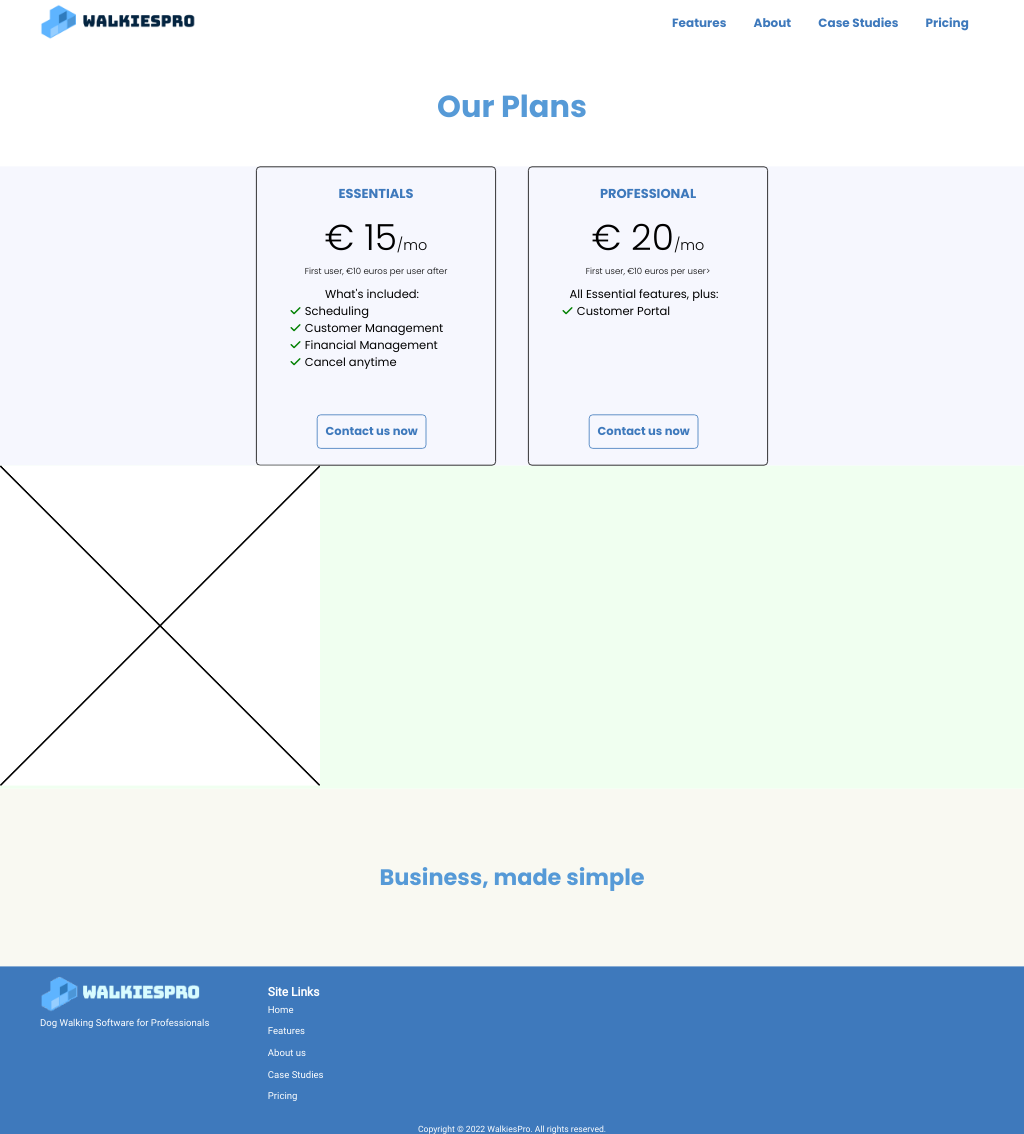
Repository: StevieC87/LAYOUT4
Page: pricing.html
These files come from the project's save history. The page is drawn as it stood at one moment and after the next save; the edit follows.
The browser window is 1280 px wide. The pictures show the whole page, at 80% of full size.

Above is the page before, as saved 2022-01-05 21:02:12.

### pricing.html
<!DOCTYPE html>
<html lang="en">
  <head>
    <meta charset="UTF-8" />
    <meta http-equiv="X-UA-Compatible" content="IE=edge" />
    <meta name="viewport" content="width=device-width, initial-scale=1.0" />
    <title>WalkiesPro Dog Walking Software</title>
    <link rel="stylesheet" href="css/styles.css" />
    <link rel="stylesheet" href="css/aboutus.css" />
    <link rel="stylesheet" href="css/footer.css" />
    <link rel="stylesheet" href="css/navbar.css" />
    <link rel="stylesheet" href="css/fonts.css" />
    <link rel="stylesheet" href="css/utilities.css" />
    <link rel="stylesheet" href="css/mediaqueries.css" />
    <link rel="stylesheet" href="css/pricing.css" />
    <!-- THIS js file - deferred so loads at the end -->
    <script type="text/javascript" src="js/scripts.js" defer></script>
    <link rel="stylesheet" href="https://use.fontawesome.com/releases/v5.15.4/css/all.css" integrity="sha384-DyZ88mC6Up2uqS4h/KRgHuoeGwBcD4Ng9SiP4dIRy0EXTlnuz47vAwmeGwVChigm" crossorigin="anonymous">


    <style></style>
  </head>
  <body>


    <div class="containernew">
      <div class="navwrapper">
        <!------------------ NAVBAR --------------------->
        <nav id="navbar" class="paddingspecial">
          <!--  <div class="paddingspecial"> -->
          <div id="logo" class="logodiv">
            <a href="index.html"><img src="images/logo.png" alt="logo" /></a>
          </div>
          <div id="hamburger-menu" class="hamburger-menu">
            <div class="line line-1"></div>
            <div class="line line-2"></div>
            <div class="line line-3"></div>
          </div>
          <div class="navlist">
            <ul tabindex="-1">
              <li><a class="current" href="features.html">Features</a></li>
              <li><a href="about-us.html">About</a></li>
              <li><a href="case-studies.html">Case Studies</a></li>
              <li><a href="pricing.html">Pricing</a></li>
            </ul>
          </div>
          <!-- </div> -->
        </nav>
      </div>
      <!-----------------HEADER--------------------->
      <section class="headerwrapper">
          <div class="headertitle">
            <h1>Our Plans</h1>
          </div>
      </section>
      <!------------------ PRICING TABLE --------------------->
      <section class="pricingouterwrapper">
          <div class="pricinginnerwrapper">
            <div class="pricingcard">
              <div class="cardtitle">ESSENTIALS</div>
              <div class="price">&#8364; 15<span class="miniprice">/mo</span></div>
              <div class=" centertext poppinslight smallfont ">First user, &#8364;10 euros per user after</div>
              <div class="pricelistdiv poppins">
                <div class="centertext" >What's included:</div>
              <!--   style="display: block" -->
                <ul class="pricelist poppins">
                      <li class="elementY">Scheduling</li>
                      <li class="elementY">Customer Management</li>
                      <li class="elementY">Financial Management</li>
                     <!--  <li class="elementx">Customer Portal</li> -->
                      <li class="elementY">Cancel anytime</li>
                    </ul>

              </div>
              <div class="btnprice">
                <button class="btn btnoutline">Contact us now</button>
              </div>
            </div>

            <!-- SECOND CARD PRO PLAN -->
            <div class="pricingcard" style="border: 1px solid black;">
             <div class="cardtitle">PROFESSIONAL</div>
             <div class="price">&#8364; 20<span class="miniprice">/mo </span>
             </div>
             <div class=" centertext poppinslight smallfont ">First user, &#8364;10 euros per user></div>
             <div class="pricelistdiv poppins">
              <div class="centertext" >All Essential features, plus:</div>
            <!--   style="display: block" -->
              <ul class="pricelist poppins">
                <li class="elementY">Customer Portal</li>
                    <!-- <li class="elementY">Customer Management</li>
                    <li class="elementY">Financial Management</li>
                    <li class="elementx">Customer Portal</li> -->
                   <!--  <li class="elementY">Cancel anytime</li> -->
                  </ul>

            </div>

             <div class="btnprice">
              <button class="btn btnoutline ">Contact us now</button>
            </div>
        </div>

      </section>
      <!-- SECTION IMAGE GALLERY REVIEWS  -->
      <section class="imagegallerywrapper">
        <div class="imagegalleryinnerwrapper">
            <div class="imagegallery">
              <img src="images/3.png" alt="" width="400px">
            </div>

        </div>


      </section>


      <!------------------ CONTACT US SECTION --------------------->
     <section class="contactuswrapper">
       <div class="contactusinnerwrapper">
        <h3 class="centertext">Business, made simple</h3>

       </div>
     </section>
      <!------------------ FOOTER --------------------->
      <footer id="footer">
        <div class="footerwrapper">
          <div class="footergriditem1">
            <img class="bottomlogo" src="images/logoblue.png" alt="logo" />
            <span class="whitetext bottomphrase"
              >Dog Walking Software for Professionals</span
            >
          </div>

          <div class="footergriditem2">
            <div><b class="whitetext footerlinkstitle">Site Links</b></div>
            <ul class="whitetext ulnostyle anostyle" style="font-size: 12px">
              <li><a href="../layout/index.html">Home</a> </li>
              <li><a href="features.html">Features</a> </li>
              <li><a href="about-us.html">About us</a> </li>
              <li><a href="case-studies.html">Case Studies</a></li>
              <li><a href="pricing.html">Pricing</a></li>
            </ul>
          </div>
          <div class="footergriditem3 whitetext smallfont">Copyright © 2022 WalkiesPro. All rights reserved.</div>
        </div>

      </footer>
    </div>
    <!-- end container -->

    <!------------------ SIDE MENU --------------------->
    <div id="menuhidden" class="menuhidden hiddenright">
      <div class="slidemenu">
        <ul tabindex="-1" aria-hidden="true">
          <li><a class="activeSidebarLi" href="index.html">Home</a></li>
          <li><a class="current" href="features.html">Features</a></li>
          <li><a href="about-us.html">About</a></li>
          <li><a href="case-studies.html">Case Studies</a></li>
          <li><a href="pricing.html">Pricing</a></li>
          <!--    <hr /> -->
        </ul>
      </div>
    </div>
  </body>
</html>

### css/styles.css
:root {
  /*  --myblue: #5da3df; */
  --myblue: #3e79bc;
  --myblueh1: #569ad7;
}

html,
body {
  box-sizing: border-box;
  font-size: 18px;
  font-family: Roboto;
  /*  line-height: 1rem; */
  margin: auto;
}
*,
*:before,
*:after {
  box-sizing: inherit;
}

h1,
h2,
h3,
h4,
h5,
h6 {
  font-family: PoppinsBold;
  color: var(--myblueh1);
  /* #5da3df */
  padding: 10px 0 10px 0;
  margin: 0px;
}
h1 {
  font-size: 38px;
  line-height: 2.8rem;
}
h2 {
  font-size: 38px;
}
h3 {
  font-size: 28px;
}
h4 {
  font-size: 26px;
}
h5 {
  font-size: 20px;
}
h6 {
  font-size: 18px;
}

.containernew {
  width: 100%;
}

### css/aboutus.css
/* * * * * * * * * * * * * * * * * * * * * * * * * * * * * * * * * * * * * * * *
ABOUT US
* * * * * * * * * * * * * * * * * * * * * * * * * * * * * * * * * * * * * * * */
.headerwrapper {
  width: 100%;
  display: grid;
  padding: 40px 0 40px 0;
}
.headertitle {
  grid-template-columns: 1fr;
  align-self: center;
  justify-self: center;
}

.headertextunder {
  /* max-width: 80%;  */
  max-width: 800px;
  grid-template-columns: 1fr;
  align-self: center;
  justify-self: center;
  font-size: 1rem;
  padding-top: 30px;
}
.meettheteamwrapper {
  width: 100%;
  display: grid;
  justify-content: center;
  background-color: #f6f7fe;
}
.meettheteamh2 {
  padding-top: 40px;
  text-align: center;
  /*  color: purple; */
  color: var(--myblueh1);
  /* color: #7f55ff; */
  width: 100%;
}
.meettheteamh2 > h2 {
  color: inherit;
}
.meetteamprofiles {
  max-width: 1000px;
  justify-content: center;
  display: grid;
  grid-template-columns: 1fr;
  grid-gap: 40px;
}
.contactuswrapper {
  padding: 80px 0 80px 0;
  background-color: #f9f9f2;
}
.contactusinnerwrapper {
}

.aboutusformgrid {
  max-width: 600px;
  margin: 0 auto;
  padding: 0 20px 0px 20px;
  border: 1px solid blue;
}
.aboutusformgrid2 {
  max-width: 800px;
  margin: 0 auto;
  padding: 0 20px 0px 20px;
  /* border: 1px solid blue; */
  display: grid;
  grid-template-columns: 1fr;
  grid-gap: 20px;
}
.textareadiv2 {
  grid-column: 1/-1;
  grid-row: 2 / 4;
}
/* textarea {
  width: 100%;
  max-width: 300px;
  border-radius: 5px;
  border: 1px solid var(--myblue);
} */
.textareadiv2 > textarea {
  width: 100%;
  /*  max-width: 300px; */
  border-radius: 5px;
  border: 1px solid var(--myblue);
}

.centerbtngrid {
  grid-column: 1/-1;
  justify-self: end;
}
input,
label {
  display: block;
  width: 100%;
  /*   max-width: 300px; */
}
input {
  border-radius: 5px;
  border: 1px solid var(--myblue);
  padding: 10px;
}
/* e.maildiv > input {
  margin-lkef: 40px;
} */
/* .yournamediv > input:nth-child(2) {
  margin-left: 10px;
} */
label {
  padding-bottom: 5px;
  padding-top: 20px;
  color: var(--myblue);
}
@media (min-width: 336px) {
  .meetteamprofiles {
    grid-template-columns: 1fr 1fr;
  }
  .meettheteamprofile1 {
    justify-self: center;
    align-self: center;
  }
  .meettheteamprofile2 {
  }
  .aboutusformgrid2 {
    grid-template-columns: 1fr 1fr;
  }
}

### css/footer.css
/* * * * * * * * * * * * * * * * * * * * * * * * * * * * * * * * * * * * * * * *
                    FOOTER
* * * * * * * * * * * * * * * * * * * * * * * * * * * * * * * * * * * * * * * */

footer {
  background-color: var(--myblue);
  width: 100%;
  display: flex;
  justify-content: center;
  padding-top: 10px;
}
/* DEFAULT FOR SMALL SCREEN - MOBILE FIRST */
.footerwrapper {
  /* this is the inner div that serves as a grid with equal columns as container */
  width: 1200px;
  display: grid;
  grid-template-columns: 1fr;
  grid-gap: 0.2rem;
}
/* DEFAULT FOR SMALL SCREEN - MOBILE FIRST */
.footergriditem1 {
  grid-row: 1 / 2;
  /* grid-column: 1 / 2; */
  grid-column: 1 / -1;
}
/* DEFAULT FOR SMALL SCREEN - MOBILE FIRST */
.footergriditem2 {
  /* grid-column: 2 / 3; */
  grid-column: 1 / -1;
  grid-row: 3 / 4;
  padding-left: 10px;
  justify-self: start;
  padding-top: 10px;
  padding-bottom: 10px;

  /*  justify-self: self-end; */
  /* padding: 20px 0 0 40px; */
}
.footergriditem2:first-child {
  margin: 10px 0 10px 0;
}
.footergriditem3 {
  grid-row: 4 / 5;
  grid-column: 1 / -1;
  justify-self: center;
  align-self: center;
}
.bottomlogo {
  padding: 0px 0 0px 10px;
}
.bottomphrase {
  padding-left: 10px;
  display: block;
  text-align: left;
  font-size: 12px;
}
.footerlinkstitle {
  font-size: 15px;
}

@media (min-width: 336px) {
}
@media (min-width: 450px) {
  .footerwrapper {
    grid-template-columns: 226px 200px 1fr 0.2fr 0.2fr 0.2fr;
  }
  .footergriditem1 {
    grid-row: 1 / 2;
    grid-column: 1 / 2;
  }
  .footergriditem2 {
    grid-row: 1 / 2;
    grid-column: 2 / 3;
    padding-left: 0px;
    justify-self: center;
    padding-top: 10px;
    padding-bottom: 10px;
  }
}

### css/navbar.css
/* * * * * * * * * * * * * * * * * * * * * * * * * * * * * * * * * * * * * * * *
                          NAVBAR
* * * * * * * * * * * * * * * * * * * * * * * * * * * * * * * * * * * * * * * */
.navwrapper {
  display: flex;
  justify-content: center;
}
nav {
  background-color: white;
  width: 1200px;
  display: flex;
  justify-content: space-between;
}

.logodiv {
  padding-top: 5px;
  padding-left: 10px;
}
#navbar ul {
  list-style: none;
  margin-right: 15px;
  /*   float: right; */
}

#navbar ul li {
  float: left;
}

#navbar ul li a {
  display: block;
  margin: 0 14px 0 20px;
  /* padding: 0 20px 0 10px; */
  text-align: center;
  text-decoration: none;
  color: var(--myblue);
  /*  color: black; */
  font-family: 'PoppinsBold';
  font-size: 15px;
  /*  border-bottom: 1px solid transparent; */

  line-height: 21px;
}
#navbar ul li a:hover {
  /*  text-decoration: underline; */
  /*  border-bottom: 1px solid var(--myblue); */
  color: #9370db;
}

/* * * * * * * * * * * * * * * * * * * * * * * * * * * * * * * * * * * * * * * *
HAMBURGER MENU
* * * * * * * * * * * * * * * * * * * * * * * * * * * * * * * * * * * * * * * */

.hamburger-menu {
  width: 30px;
  height: 30px;
  padding-top: 7px;
  position: absolute;
  top: 7px;
  right: 10px;
  display: flex;
  flex-direction: column;
  justify-content: space-between;
  cursor: pointer;
  z-index: 100;
}

.line {
  width: inherit;
  height: 3px;
  background-color: var(--myblue);
  border-radius: 2px;
  transition-property: transform;
  transition-duration: 500ms;

  /*   transform-origin: right;
  transition: transform 0.5s; */
}

.line.openline:nth-child(1) {
  transform: translate(0px, 10px) rotate(45deg);
  /*  transform-origin: top; */
}
.line.openline:nth-child(2) {
  opacity: 0;
}
.line.openline:nth-child(3) {
  transform: translate(0px, -10px) rotate(-45deg);

  /*   transform-origin: top; */
}

.menuhidden {
  height: 100vh;
  width: 200px;
  background-color: white;
  position: fixed;
  top: 0;
  right: -200px;
  transition: ease 0.2s;
}

.visibleright {
  right: 0px;
  /*   transition: ease 4s; */
}
/* --------- SLIDEMENU ---------- */
.slidemenu ul {
  list-style: none;
  padding-top: 45px;
  padding-left: 0px;
  width: 100%;
  /*   float: right; */
}
.slidemenu ul li {
}
.slidemenu ul li a {
  display: block;
  padding: 10px 5px 10px 5px;
  margin: 0px 5px 0px 5px;
  text-align: center;
  text-decoration: none;
  line-height: 1.5rem;
  color: var(--myblue);
}
.slidemenu ul li a:hover {
  background-color: #fbfbfa;
  border-radius: 15px;
  /* opacity: 0.5; */
}
.activeSidebarLi {
  background-color: #fbfbfa;
  border-radius: 15px;
}
/* END SLIDEMENU */

### css/fonts.css
/* * * * * * * * * * * * * * * * * * * * * * * * * * * * * * * * * * * * * * * *
        FONT FAMILIESS
* * * * * * * * * * * * * * * * * * * * * * * * * * * * * * * * * * * * * * * */
@font-face {
  font-family: 'Bungee';
  src: url('../fonts/Bungee-Regular.ttf');
  src: local('☺'), url('../fonts/Bungee-Regular.ttf') format('truetype');
  font-display: block;
}
@font-face {
  font-family: 'Roboto';
  src: url('../fonts/Roboto-Regular.ttf');
  src: local('☺'), url('../fonts/Roboto-Regular.ttf') format('truetype');
  font-display: block;
}
@font-face {
  font-family: 'Roboto-Bold';
  src: url('../fonts/Roboto-Bold.ttf');
  src: local('☺'), url('../fonts/Roboto-Bold.ttf') format('truetype');
  font-display: block;
}
@font-face {
  font-family: 'Ubuntu';
  src: url('../fonts/Ubuntu-Regular.ttf');
  src: local('☺'), url('../fonts/Ubuntu-Regular.ttf') format('truetype');
  font-display: block;
}
@font-face {
  font-family: 'UbuntuBold';
  src: url('../fonts/Ubuntu-Bold.ttf');
  src: local('☺'), url('../fonts/Ubuntu-Bold.ttf') format('truetype');
  font-display: block;
}
@font-face {
  font-family: 'Poppins';
  src: url('../fonts/Poppins-Regular.ttf');
  src: local('☺'), url('../fonts/Poppins-Regular.ttf') format('truetype');
  font-display: block;
}
@font-face {
  font-family: 'PoppinsBold';
  src: url('../fonts/Poppins-Bold.ttf');
  src: local('☺'), url('../fonts/Poppins-Bold.ttf') format('truetype');
  font-display: block;
}
@font-face {
  font-family: 'PoppinsLight';
  src: url('../fonts/Poppins-Light.ttf');
  src: local('☺'), url('../fonts/Poppins-Light.ttf') format('truetype');
  font-display: block;
}
@font-face {
  font-family: 'FontAwesome';
  src: url('../fonts/fa-solid-900.ttf');
  src: local('☺'), url('../fonts/fa-solid-900.ttf') format('truetype');
  font-display: block;
}
.bungee {
  font-family: Bungee;
}
.ubuntu {
  font-family: Ubuntu;
}
.ubuntuBold {
  font-family: UbuntuBold;
}
.poppins {
  font-family: Poppins;
}
.poppinslight {
  font-family: PoppinsLight;
}
.poppinsbold {
  font-family: PoppinsBold;
}

### css/utilities.css
.btn {
  cursor: pointer;
  transition-property: background-color, color, border;
  transition-duration: 200ms;
  transition-timing-function: ease-in;
}

.btnoutline {
  background-color: transparent;
  border: 1px solid var(--myblue);
  border-radius: 5px;
  color: var(--myblue);
  padding: 10px;
  font-size: 0.8rem;
  /*  font-weight: bold */
  font-family: PoppinsBold;
}
.allfeaturesbtn {
  padding: 15px 20px 15px 20px;
  border-radius: 10px;
  border: 1px solid var(--myblue);
  /*   background-color: var(--myblue); */
  background-color: WHITE;
  /* color: white; */
  color: var(--myblue);
  font-weight: bold;
  font-size: 1.2rem;
}
.allfeaturesbtn:hover {
  background-color: var(--myblue);
  color: white;
}
.submit {
  margin-top: 20px;
  padding: 8px 6px 8px 6px;
  border-radius: 6px;
  width: 100px;
  background-color: var(--myblue);
  border: 1px solid var(--myblue);
  color: #f9f9f2;
  font-size: 1.2rem;
  /*  font-weight: bold; */
}

/* * * * * * * * * * * * * * * * * * * * * * * * * * * * * * * * * * * * * * * *
UTILITY CLASSES
* * * * * * * * * * * * * * * * * * * * * * * * * * * * * * * * * * * * * * * */

.centertext {
  text-align: center;
}
.centerimg {
  display: block;
  margin-left: auto;
  margin-right: auto;
  /*   width: 50%; */
}
.centerhorizvert {
  align-self: center;
  justify-self: center;
}
/* visible/invis from screen readers & visually */
.invisible {
  visibility: hidden;
}
.visible {
  visibility: visible;
}
.whitetext {
  color: white;
}
.smallfont {
  font-size: 0.6rem;
}
.mediumfont {
  font-size: 0.8rem;
}
.ulnostyle {
  list-style: none;
  line-height: 1.5rem;
  padding: 0;
  margin: 0;
}
.anostyle > li a {
  text-decoration: none;
  color: white;
}

### css/mediaqueries.css
/* to switch to hamburger menu */
@media (min-width: 677px) {
  .hamburger-menu {
    visibility: hidden;
  }
  .section2divrow {
    grid-template-columns: 1fr 1fr;
  }
  .section1innerwrapper {
    grid-template-columns: 2fr 1fr;
  }
}
@media (max-width: 676px) {
  /* HIDE NAV LI WHEN SMALL SCREEN */
  nav {
    width: 1200px;
  }

  .navlist {
    visibility: hidden;
    display: none;
  }
  .hamburger-menu {
    visibility: visible;
  }

  /* ADVANCED SCHEDULING DIV - flip order: image last */
  .section2imgleft1 {
    grid-row: 2;
  }
  .section2textright1 {
    grid-row: 1;
  }
  /* FINANCIAL MANAGEMENT DIV - flip order: image last */
  .section2imgleft3 {
    grid-row: 2;
  }
  .section2textleft3 {
    grid-row: 1;
  }
}

### css/pricing.css
.pricingcard {
  border: 1px solid black;
  border-radius: 5px;
  min-height: 300px;
  min-width: 300px;
  font-size: 0.8rem;
  /*  background-color: #fbfbfa; */
}
.cardtitle {
  text-align: center;
  color: var(--myblue);
  padding: 20px 0 10px 0;
  font-size: 0.9rem;
  font-family: PoppinsBold;
  font-weight: bold;
}

.price {
  text-align: center;
  font-size: 2.5rem;
  font-family: PoppinsLight;
}
.miniprice {
  font-size: 1rem;
}
.pricelistdiv {
  padding: 10px 20px 0px 10px;
  height: 170px;
}
.pricingcard1 {
}
.pricingcard2 {
}

.pricelist {
  list-style-type: none;
  padding-top: 0px;
  margin-block-start: 0em;
}
.pricelist li {
  padding-left: 10px;
}
li:before {
}

.elementx::before {
  color: orangered;
  content: '\f00d'; /* FontAwesome Unicode */
  font-family: FontAwesome;
  display: inline-block;
  margin-left: -1.3em; /* same as padding-left set on li */
  width: 1.3em; /* same as padding-left set on li */
}
.elementY::before {
  color: green;
  content: '\f00c'; /* FontAwesome Unicode */
  font-family: FontAwesome;
  display: inline-block;
  margin-left: -1.3em; /* same as padding-left set on li */
  width: 1.3em; /* same as padding-left set on li */
}
.btnprice {
  width: 148px;
  margin: 0 auto;
  padding-bottom: 20px;
}

.pricingouterwrapper {
  width: 100%;
  display: grid;
  justify-content: center;
  background-color: #f6f7fe;
}
.pricinginnerwrapper {
  max-width: 1000px;
  justify-content: center;
  display: grid;
  grid-template-columns: 1fr;
  grid-gap: 40px;
}
@media (min-width: 676px) {
  .pricinginnerwrapper {
    grid-template-columns: 1fr 1fr;
  }
}

.imagegallerywrapper {
  width: 100%;
  background-color: honeydew;
  display: grid;
}

.imagegalleryinnerwrapper {
  /*  width: 800px; */
  grid-template-columns: 1fr;
  justify-content: center;
  align-self: center;
}

.imagegallery {
}

### js/scripts.js
const hamburgerbutton = document.querySelector('#hamburger-menu');
hamburgerbutton.addEventListener('click', function () {
  //  vis();
  slide();
  transformlines();
});

function slide() {
  const slideme = document.querySelector('#menuhidden');
  const slidemeclasses = slideme.classList;
  //  slideme.classList.replace('hiddenright', 'visibleright');
  const slidemeclassestoggle = slidemeclasses.toggle('visibleright');
}

function transformlines() {
  //for each line add a class ideally
  document.querySelectorAll('.line').forEach((item) =>
    //item.style.backgroundColor = "pink"
    item.classList.toggle('openline')
  );
}

After the next save:
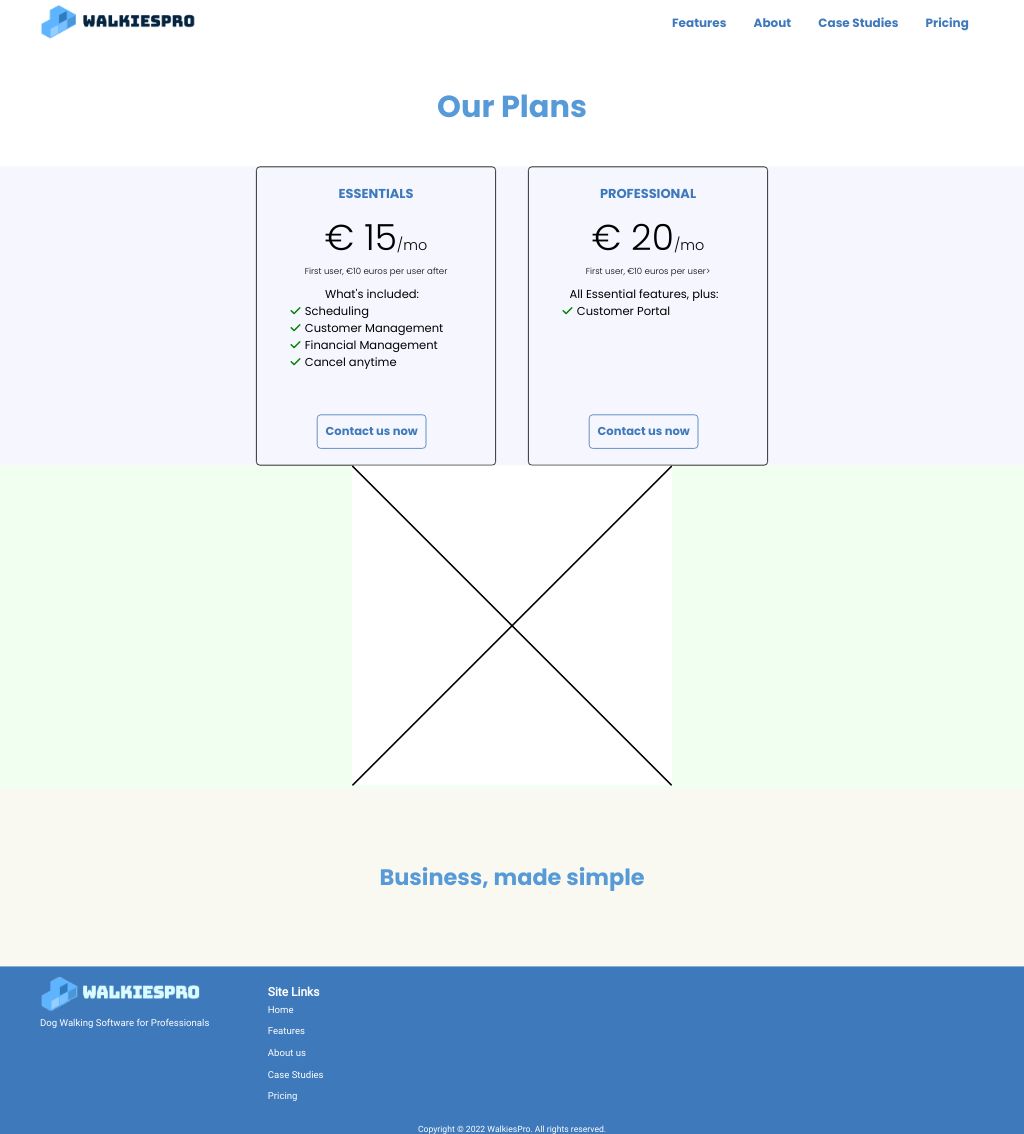
Saved 39 s later.
--- a/css/pricing.css
+++ b/css/pricing.css
@@ -98,4 +98,6 @@ li:before {
 }
 
 .imagegallery {
+  align-self: center;
+  justify-self: center;
 }
